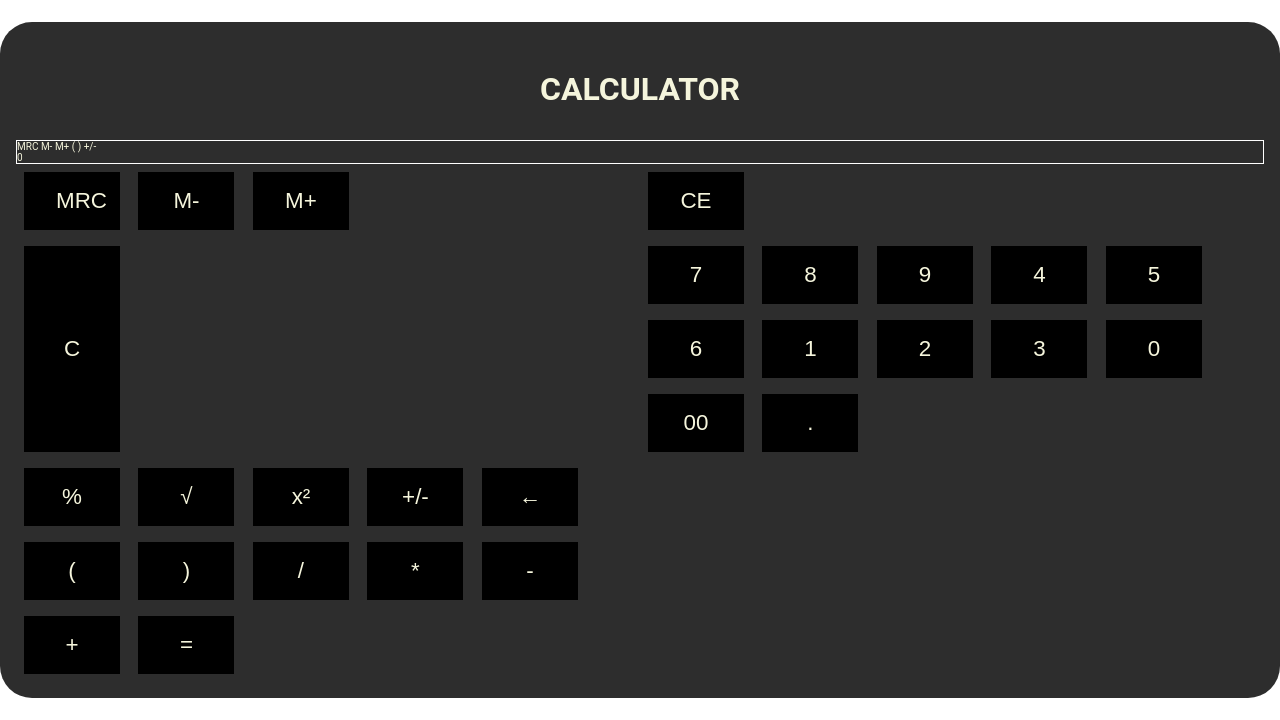
Repository: Denis793/CalculatorNew
Page: index.html
An editor plug-in stored every save of this project. The page is shown before and after the next save, followed by the edit.
The browser window is 1280 px wide. The pictures show the whole page.
The style sheet was rebuilt from its Sass, Less or Tailwind sources for each picture, by a compiler version that may differ from the author's.

Above is the page before, as saved 2025-05-17 17:50:21.

After the next save:
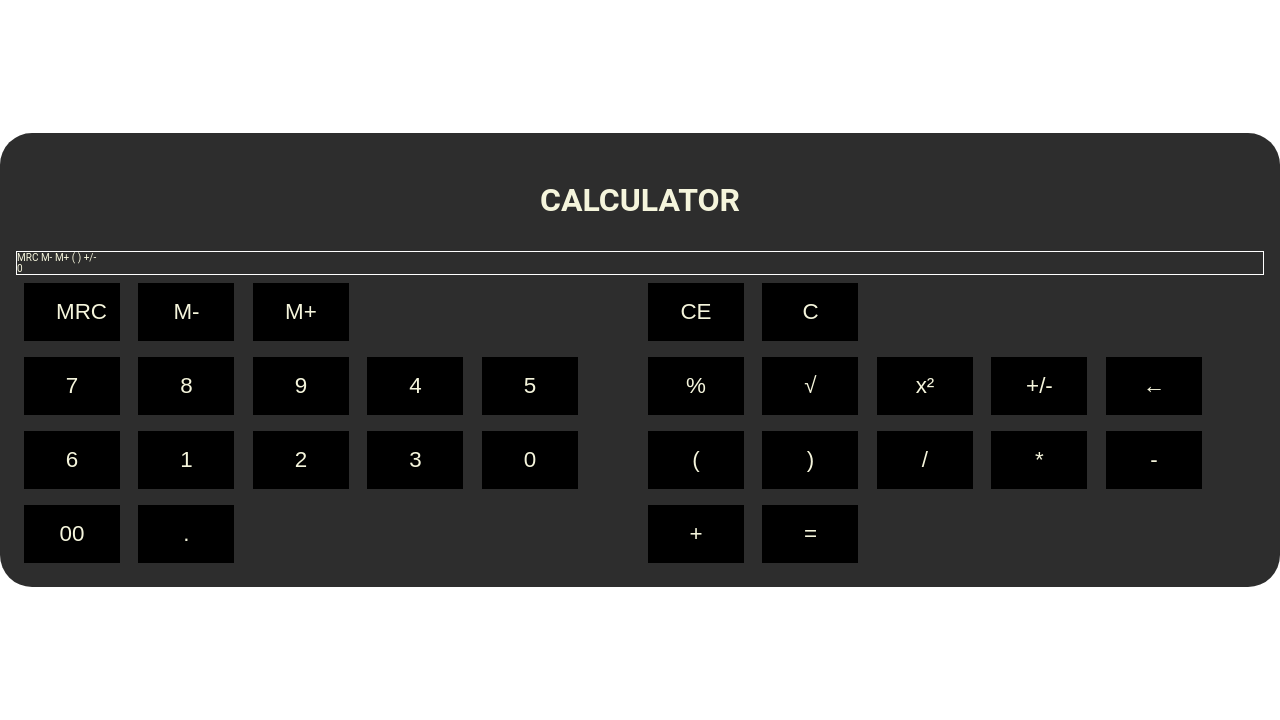
Saved 96 s later.
--- a/index.html
+++ b/index.html
@@ -32,8 +32,10 @@
           <button class="button">M+</button>
         </div>
 
-        <button class="button">CE</button>
-        <button class="button ac">C</button>
+        <div class="cleanBtn">
+          <button class="button">CE</button>
+          <button class="button ac">C</button>
+        </div>
 
         <div class="numbersBtn">
           <button class="button">7</button>
